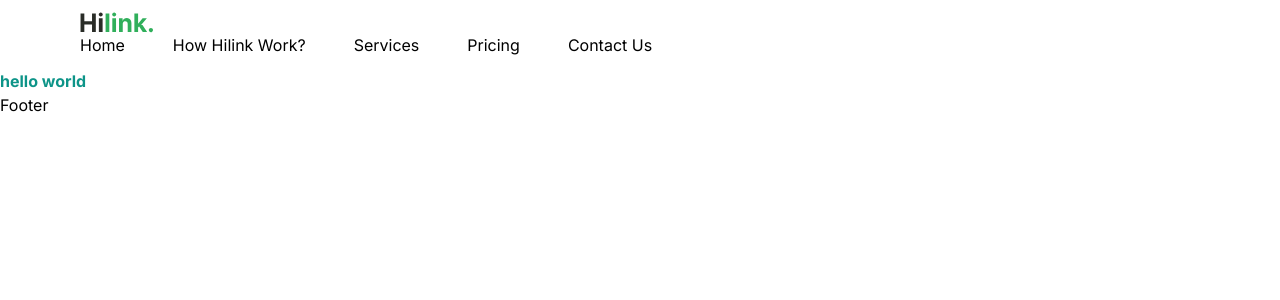
Repository: martin-raphael/travel_agency
Page: /
These files come from the project's save history. The page is drawn as it stood at one moment and after the next save; the edit follows.
The browser window is 1280 px wide. The pictures show the whole page.
The project was rebuilt for these pictures with package versions that can differ from the ones it lists, and the page was loaded fresh each time. The framework's server and built-in components were replaced by stand-ins that run in the browser. Also part of the build but not shown: next.config.mjs.

Above is the page before, as saved 2024-08-08 16:41:38.

After the next save:
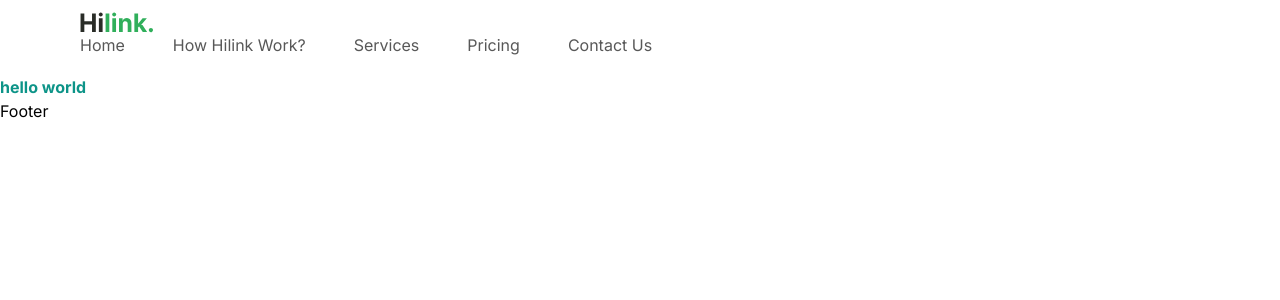
Saved 4 min 24 s later.
--- a/components/Navbar.tsx
+++ b/components/Navbar.tsx
@@ -10,7 +10,7 @@ const Navbar = () => {
         <Image src="/hilink-logo.svg" alt="logo" width={74} height={29}/>
         <ul className="hidden h-full gap-12 lg:flex">
             {NAV_LINKS.map((link) =>(
-                <Link href={link.href} key={link.key}>
+                <Link href={link.href} key={link.key} className="regular-16 text-gray-50 flexCenter cursor-pointer pb-1.5 transition-all hover:font-bold">
                     {link.label}
                 </Link>
             ))}
